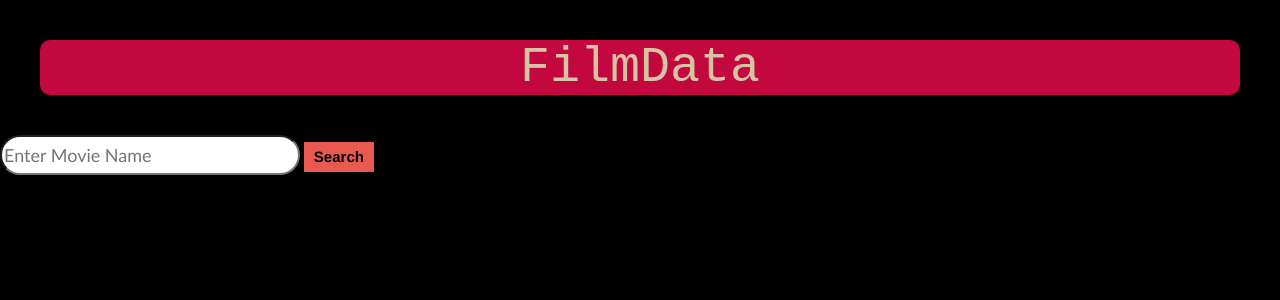
Repository: priyankajainmodi/film_data
Page: index.html
The author's editor kept a copy of each file at every save. The page is drawn from the files as they stood at one save, then again after the next save.
The browser window is 1280 px wide. The pictures show the whole page.

Above is the page before, as saved 2021-11-26 17:28:42.

### index.html
<html>

<head>
    <title>FilmData</title>

    <link rel="icon" href="favicon/favicon.ico" type="image/x-icon">
    <link rel="stylesheet" href="https://cdnjs.cloudflare.com/ajax/libs/font-awesome/4.7.0/css/font-awesome.min.css">
    <!-- Latest compiled and minified CSS -->
    <link rel="stylesheet" href="https://maxcdn.bootstrapcdn.com/bootstrap/3.4.1/css/bootstrap.min.css">

    <!-- jQuery library -->
    <script src="https://ajax.googleapis.com/ajax/libs/jquery/3.5.1/jquery.min.js"></script>

    <!-- Latest compiled JavaScript -->
    <script src="https://maxcdn.bootstrapcdn.com/bootstrap/3.4.1/js/bootstrap.min.js"></script>
    <meta name="viewport" content="width=device-width, initial-scale=1.0">
    <style>
        body {
            background: #000000 !important;
        }

        #leftbox {
            float: left;
            margin-top: 20;
            width: 30%;
            height: 455px;
            margin-bottom: 30;
        }

        #rightbox {
            float: right;
            margin-top: 20;
            width: 70%;
            height: 455px;
            margin-bottom: 30;
        }

        .button {
            background-color: #E85A4F;
            border: none;
            color: black;
            text-align: center;
            font-size: 15px;
            opacity: 1;
            transition: 0.3s;
            display: inline-block;
            text-decoration: none;
            cursor: pointer;
            height: 30px;
            width: 70px;
        }

        .button:hover {
            opacity: 0.6
        }
    </style>

</head>

<body bgcolor="#0B0C10">
    <h1 id="heading" style="color:#D8C3A5;margin-bottom:50;border-radius:10px; text-align:center;font-family:monospace;background-color:#C3073F;font-size:50px;margin:40px;">FilmData</h1>

    <div id="enter">



        <input class="input" style=" border-radius:20px;height:40;width:300;font-size:18;font-family:calibri;" type="text" placeholder="Enter Movie Name"></input>
        <button class="button"><b>Search</b></button>

    </div>

    <div id="content">
        <div>
            <div id="leftbox">
            </div>
            <div id="rightbox"></div>
        </div>
        <br>
        <br>
        <table id="tb">

        </table>
    </div>

    <script src="https://cdn.jsdelivr.net/npm/axios/dist/axios.min.js"></script>
    <script src="film_data.js"></script>
</body>

</html>

### film_data.js
function reset() {
    while (document.querySelector('iframe') != null) {
        document.querySelector('iframe').remove();
    }
    while (document.querySelector('img') != null) {
        document.querySelector('img').remove();
    }

    let tble = document.querySelector('#tb');
    tble.innerHTML = "";
    while (document.querySelector('h2') != null) {
        document.querySelector('h2').remove();
    }

}
let inp = document.querySelector('input');
let but = document.querySelector('button')



but.onclick = () => {
    fetch(`https://www.omdbapi.com/?t=${inp.value}&apikey=a5b97ecf`)
        .then((res) => { return res.json(); })
        .then((data) => {

            if (data.Response == 'False') {
                reset();
                let p = document.createElement('h2');
                p.append(`${data.Error} \n Check the spelling once`);
                p.style.color = 'white';
                document.querySelector('#leftbox').appendChild(p);

            } else {
                reset();
                let tble = document.querySelector('#tb');
                let row1 = tble.insertRow(0);
                let cell11 = row1.insertCell(0);
                let cell12 = row1.insertCell(1);
                let row2 = tble.insertRow(1);
                let cell21 = row2.insertCell(0);
                let cell22 = row2.insertCell(1);
                let row3 = tble.insertRow(2);
                let cell31 = row3.insertCell(0);
                let cell32 = row3.insertCell(1);
                let row4 = tble.insertRow(3);
                let cell41 = row4.insertCell(0);
                let cell42 = row4.insertCell(1);
                let row5 = tble.insertRow(4);
                let cell51 = row5.insertCell(0);
                let cell52 = row5.insertCell(1);
                let row6 = tble.insertRow(5);
                let cell61 = row6.insertCell(0);
                let cell62 = row6.insertCell(1);
                let video = document.createElement('iframe');
                video.height = 400;
                video.width = 900;
                let img = document.createElement('img');
                let divi1 = document.querySelector('#leftbox');
                divi1.appendChild(img);

                fetch(`https://imdb-api.com/en/API/SearchMovie/k_3pxoshah/${inp.value}`)
                    .then(res => { return res.json(); })
                    .then((data) => { return data.results[0].id })
                    .then((title) => {

                        fetch(`https://imdb-api.com/en/API/YouTubeTrailer/k_3pxoshah/${title}`)
                            .then((res) => { console.log(res); return res.json() })
                            .then((data) => {
                                console.log(data.videoUrl);
                                if (data.videoUrl == null) {
                                    let box = document.querySelector("#rightbox");
                                    let h = document.createElement('h2');
                                    h.textContent = "Trailer not available >_<"
                                    h.style.color = 'white';
                                    box.appendChild(h);
                                } else {
                                    let url = `${data.videoUrl.replace('watch?v=', 'embed/')}`;
                                    video.src = `${url}`;
                                    let divi = document.querySelector("#rightbox");
                                    divi.appendChild(video);
                                }



                            })

                    })
                    .catch((err) => { console.log(err); })


                img.src = data.Poster;
                img.style.display = 'block';
                img.alt = "image couldn't load -_-";
                img.style.color = 'white';

                //row for actor details

                row1.style.fontSize = 20;

                cell11.innerHTML = 'Actors';
                cell12.innerHTML = `${data.Actors}`;
                cell11.style.color = '#E85A4F';
















                cell12.style.color = 'white';
                cell11.style.paddingRight = 50;
                cell12.style.width = 700;

                //row for director detail

                row2.style.fontSize = 20;

                cell21.innerHTML = 'Director';
                cell22.innerHTML = `${data.Director}`;
                cell21.style.color = '#E85A4F';



                cell22.style.color = 'white';
                cell21.style.paddingRight = 50;
                cell22.style.width = 700;

                //row for genre detail

                row3.style.fontSize = 20;

                cell31.innerHTML = 'Genre';
                cell32.innerHTML = `${data.Genre}`;
                cell31.style.color = '#E85A4F';



                cell32.style.color = 'white';
                cell31.style.paddingRight = 50;
                cell32.style.width = 700;

                //row for plot

                row4.style.fontSize = 20;

                cell41.innerHTML = 'Plot';
                cell42.innerHTML = `${data.Plot}`;
                cell41.style.color = '#E85A4F';



                cell42.style.color = 'white';
                cell41.style.paddingRight = 50;
                cell42.style.width = 700;

                //row for movie time


                row5.style.fontSize = 20;

                cell51.innerHTML = 'Duration';
                let time = parseInt(data.Runtime);
                cell52.innerHTML = `${Math.floor(time/60)} hr ${time%60} min`;
                cell51.style.color = '#E85A4F';



                cell52.style.color = 'white';
                cell51.style.paddingRight = 50;
                cell52.style.width = 700;

                //imdb rating


                row6.style.fontSize = 20;

                cell61.innerHTML = 'imdbRating';

                cell62.innerHTML = `${data.imdbRating}/10`;
                cell61.style.color = '#E85A4F';



                cell62.style.color = 'white';
                cell61.style.paddingRight = 50;
                cell62.style.width = 700;




            }


        })
}

After the next save:
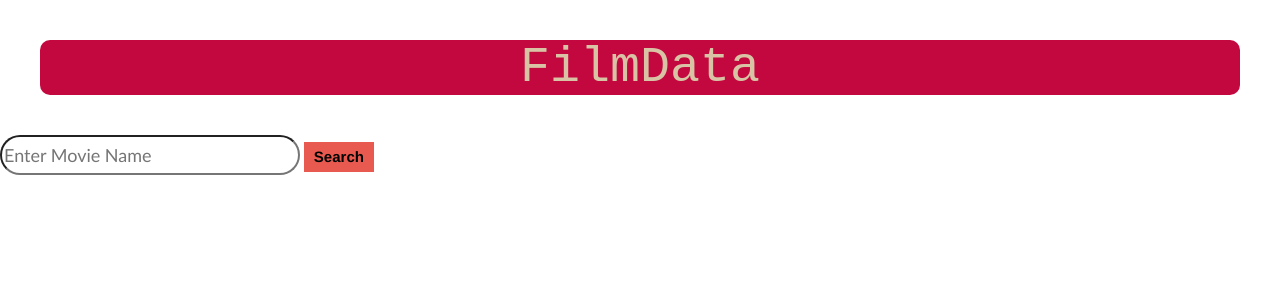
Saved 48 s later.
--- a/index.html
+++ b/index.html
@@ -16,7 +16,7 @@
     <meta name="viewport" content="width=device-width, initial-scale=1.0">
     <style>
         body {
-            background: #000000 !important;
+            background: white !important;
         }
 
         #leftbox {
@@ -59,7 +59,9 @@
 
 <body bgcolor="#0B0C10">
     <h1 id="heading" style="color:#D8C3A5;margin-bottom:50;border-radius:10px; text-align:center;font-family:monospace;background-color:#C3073F;font-size:50px;margin:40px;">FilmData</h1>
-
+    <div class="spinner-border" role="status">
+        <span class="sr-only">Loading...</span>
+    </div>
     <div id="enter">
 
 

After the save that followed:
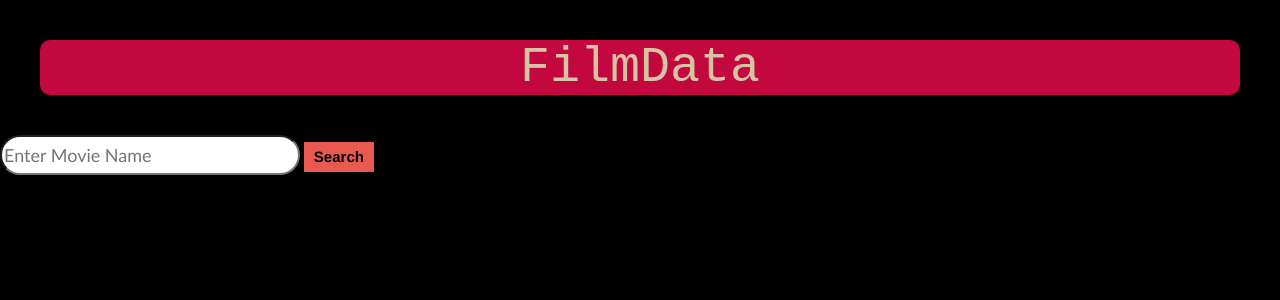
Saved 28 s later.
--- a/index.html
+++ b/index.html
@@ -16,7 +16,7 @@
     <meta name="viewport" content="width=device-width, initial-scale=1.0">
     <style>
         body {
-            background: white !important;
+            background: black !important;
         }
 
         #leftbox {
@@ -59,9 +59,7 @@
 
 <body bgcolor="#0B0C10">
     <h1 id="heading" style="color:#D8C3A5;margin-bottom:50;border-radius:10px; text-align:center;font-family:monospace;background-color:#C3073F;font-size:50px;margin:40px;">FilmData</h1>
-    <div class="spinner-border" role="status">
-        <span class="sr-only">Loading...</span>
-    </div>
+
     <div id="enter">
 
 
